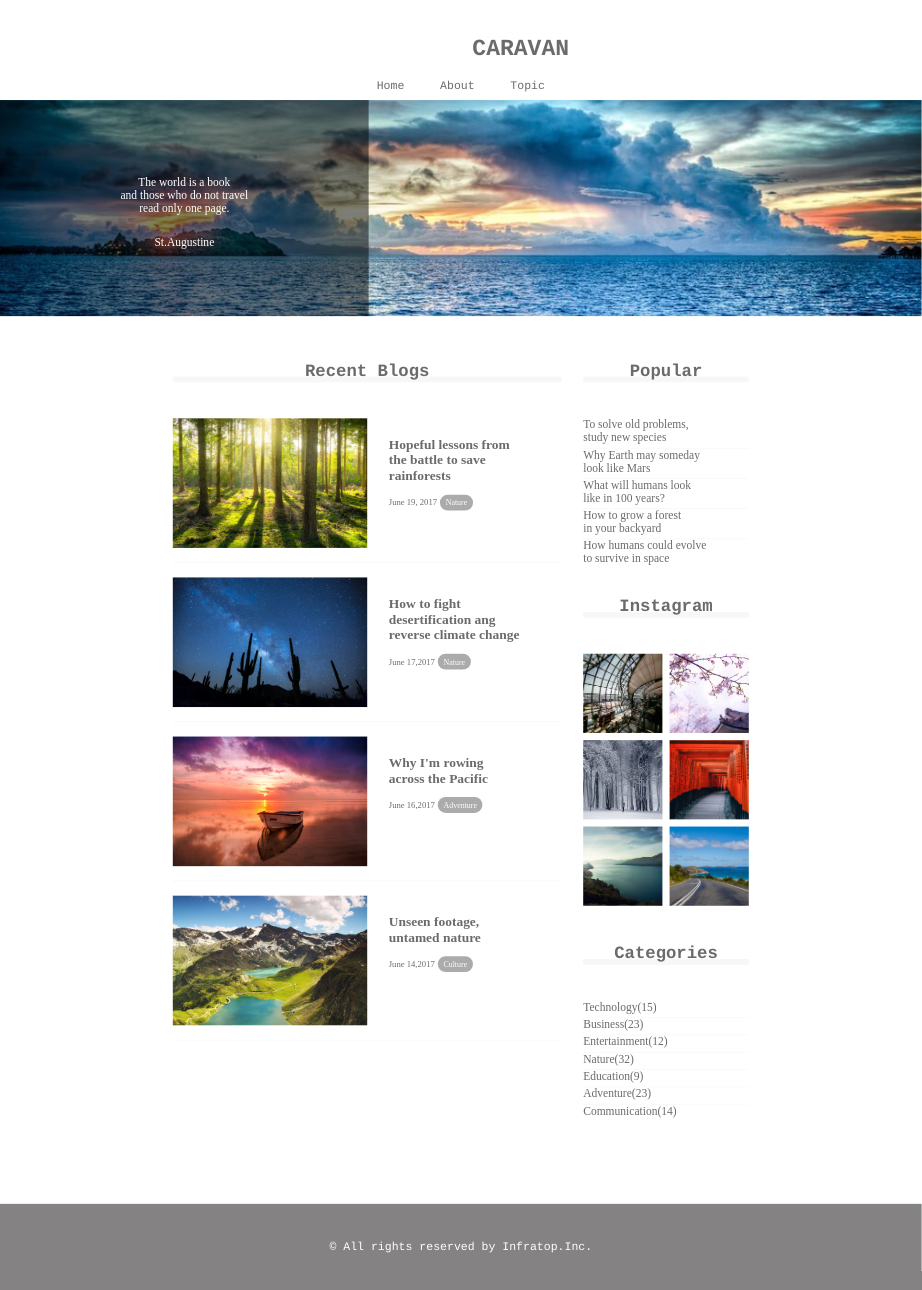
Repository: takanauti/task
Page: caravan/index.html
The author's editor kept a record of every edit. The page is drawn from the files as they stood at one moment, then again after the next edit.
The browser window is 1280 px wide. The pictures show the whole page, at 72% of full size.

Above is the page before.

### caravan/index.html
<!DOCTYPE html>
<html lang="ja">
  <head>
    <meta charset="UTF-8" />
    <!-- CSSファイルの読み込み -->
    <link rel="stylesheet" href="style.css" />
    <title>CARAVAN</title>
  </head>

  <body>
    <!--header-->
    <header>


　　 <h1 class="heading">
　　   <a href="index.html">
　　  CARAVAN
　　  </a>
　　 </h1>
    </header>

    <nav>
     <ul class="nav-list">
       <li class="nav-list-item">
         <a href="index.html">Home</a>
       </li>
       <li class="nav-list-item">About</li>
       <li class="nav-list-item">Topic</li>
     </ul>
    </nav>


        <!-- main-visual用のdiv -->
    <div class="main-visual">
    <div class="main-visual-content">
      <p class="main-visual-text">
        The world is a book<br />
        and those who do not travel<br />
        read only one page.
      </p>
      <p class="main-visual-name">
        St.Augustine
      </p>
    </div>

    </div>

      <!-- main用のdiv -->
   <main>
      <section class="blog">
        <h2 class="blog-heading">Recent Blogs</h2>
        <div class="blog-box">
        <div class="blog-item">
          <img class="blog-image" src="img/forest.jpg"/>
          <section class="blog-text">
            <h3 class="blog-text-heading">
              <a href="single.html">
                Hopeful lessons from<br>
                the battle to save<br>
                rainforests
              </a>
            </h3>
            <p class="blog-date">June 19, 2017</p>
            <span class="category">Nature</span>
          </section>
        </div>
        <div class="blog-item">
        <img class="blog-image" src="img/desert.jpg"/>
        <section class="blog-text">
        <h3 class="blog-text-heading">
        <a href="single.html">
          How to fight <br>
          desertification ang <br>
          reverse climate change
        </a>
        </h3>
        <p class="blog-date">June 17,2017</p>
        <span class="category">Nature</span>
        </section>
        </div>

        <div class="blog-item">
        <img class="blog-image" src="img/sunset.jpg"/>
        <section class="blog-text">
         <h3 class="blog-text-heading">
          <a href="single.html">
            Why I'm rowing <br>
            across the Pacific
          </a>
         </h3>
         <p class="blog-date">June 16,2017</p>
        <span class="category">Adventure</span>
        </section>
        </div>
        <div class="blog-item">
          <img class="blog-image" src="img/italy.jpg"/>
          <section class="blog-text">
          <h3 class="blog-text-heading">
          <a href="single.html">
           Unseen footage,<br>
           untamed nature
          </a>
          </h3>
          <p class="blog-date">June 14,2017</p>
          <span class="category">Culture</span>
          </section>
        </div>
        </div>
        </section>
      <div class="sidebar">
        <section class="popular">
        <h2 class="popular-heading common-heading">Popular</h2>
        <div class="sidebar-contents">
        <p class="popular-text">To solve old problems,<br>study new species</p>
        <p class="popular-text">Why Earth may someday<br>look like Mars</p>
            <p class="popular-text">What will humans look<br>like in 100 years?</p>
            <p class="popular-text">How to grow a forest<br>in your backyard</p>
            <p class="popular-text">How humans could evolve<br>to survive in space</p>
        </div>
        </section>

        <section class="instagram">
        <h2 class="instagram-heading common-heading">Instagram</h2>
        <div class="sidebar-contents">
        <div class="instagram-box"></div>
        <div class="instagram-box"></div>
        <div class="instagram-box"></div>
        <div class="instagram-box"></div>
        <div class="instagram-box"></div>
        <div class="instagram-box"></div>
        </div>
        </section>
        <section class="categories">
        <h2 class="categories-heading common-heading">Categories</h2>
        <div class="sidebar-contents">
          <p class="categories-text">Technology(15)</p>
          <p class="categories-text">Business(23)</p>
          <p class="categories-text">Entertainment(12)</p>
          <p class="categories-text">Nature(32)</p>
          <p class="categories-text">Education(9)</p>
          <p class="categories-text">Adventure(23)</p>
          <p class="categories-text">Communication(14)</p>
        </div>
        </section>
      </div>
    </main>



    <!--footer-->
    <footer>
    <p class="footer-text">© All rights reserved by Infratop.Inc.</p>
    </footer>

    </body>
</html>

### caravan/style.css
/* ブラウザがそれぞれ持っているCSSをリセットするための記述 */
* {
  margin: 0;
  padding: 0;
  box-sizing: border-box;
  color: #6c6b6b;
}

a {
  text-decoration: none;
}

header,nav,h2,main-visual,footer{
  font-family: Chalkduster,"Bradley Hand",Courier,"Segoe Print",sans-serif;
}

header {
  width: 90%; /* 横幅90% */
  padding: 15px 0;
  margin: 0 auto;
  text-align: center;
  position: relative;
}

.social {
  position: absolute; /* headerの左上を基準に絶対位置で指定する */
  top: 22px; /* headerの左上から22px下側へ移動する */
  right: 22px; /* headerの右上から22px左側へ移動する */
}

.social i {
  display: inline-block;
  margin-left: 20px;
}

header .heading {
  /* headerタグ内のheadingクラスにのみ反映される */
  font-size: 32px;
}

.nav-list {
  text-align: center;
  padding: 10px 0;
  margin: 0 auto;
}

.nav-list-item {
  list-style: none;
  display: inline-block;
  margin: 0 20px;
}

.main-visual {
  width: 100%; /* 横幅いっぱい */
  height: 300px; /* 高さ300px */
  background-image: url(img/mv.jpg);
  background-size: cover; /* 縦横比を維持したまま背景領域を埋め尽くす */
  background-position: center; /* 背景画像を中央に配置 */
}

.main-visual-content {
  width: 40%; /* 横幅40% */
  height: 300px; /* 親の高さに揃える */
  background-color: rgba(0, 0, 0, 0.5); /* 背景色を半透明の黒にする */
  text-align: center; /* 文字を中央揃えにする */
  padding-top: 105px; /* 上側の内側余白で垂直方向の位置を調整 */
}

.main-visual-text {
  color: #fff; /* 文字色を白に変更 */
}

.main-visual-name {
  margin-top: 30px; /* 上側の外側の余白 */
  color: #fff; /* 文字色を白に変更 */
}

main{
  width:800px;
  display: flex;
  justify-content:center;
  margin:0 auto;
  padding:70px 0;
}

.blog {
  width:540px;
  margin-right: 30px;
}

.blog-heading{
  border-bottom: 8px solid#f7f7f7;
  text-align: center;
  line-height: 0.6;
}

.blog-box{
  padding-top: 50px;
}

.blog-item{
  padding-bottom: 20px;
  margin-bottom: 20px;
  border-bottom: 1px solid #f7f7f7;
  display: flex;
  justify-content:flex-start;
}

.blog-image{
  height: 180px;
}

.blog-text{
  padding: 25px 0 0 30px;
}

.blog-text-heading{
  padding-bottom: 15px;
}

.blog-date{
  font-size: 12px;
  display: inline-block;
}

.category{
  display: inline-block;
  padding: 5px 8px;
  background-color: #acabab;
  border-radius: 30px;
  color:#fff;
  font-size:11px;
}

.pagination {
  text-align: center;
  padding-top: 50px;
}

.pagination p {
  display: inline-block;
  width: 30px;
  height: 30px;
  margin: 0 5px;
  color: #fff;
  background-color: #acabab;
  border-radius: 3px;
  line-height: 30px;
}
.sidebar {
  width: 230px;
}

.common-heading{
  border-bottom: 8px solid #f7f7f7;
  text-align: center;
  line-height: 0.6;
}

.sidebar-contents{
  padding: 50px 0;
}

.popular-text,
.categories-text{
 padding-bottom: 5px;
 border-bottom: 1px solid #f7f7f7;
 maegin-bottom:5px;
}

.popular-text:last-child,
.categories-text:last-child {
  margin: 0;
  padding: 0;
  border: none;
}

.instagram .sidebar-contents {
  display: flex;
  flex-wrap: wrap;
}

.instagram-box {
  width: 110px;
  padding-top: 110px;
  background-size: cover;
  background-position: center;
  margin-bottom: 10px;
}

.instagram-box:nth-child(odd) {
  margin: 0 10px 10px 0;
}

.instagram-box:nth-child(1) {
  background-image: url(img/airport.jpg);
}

.instagram-box:nth-child(2) {
  background-image: url(img/japan.jpg);
}

.instagram-box:nth-child(3) {
  background-image: url(img/snow.jpg);
}

.instagram-box:nth-child(4) {
  background-image: url(img/japan2.jpg);
}

.instagram-box:nth-child(5) {
  background-image: url(img/lake.jpg);
}

.instagram-box:nth-child(6) {
  background-image: url(img/road.jpg);
}

footer {
  width: 100%;
  height: 120px;
  text-align: center;
  line-height: 120px;
  background-color: #848282;
}

.footer-text {
  color: #fff;
}

After the next edit:
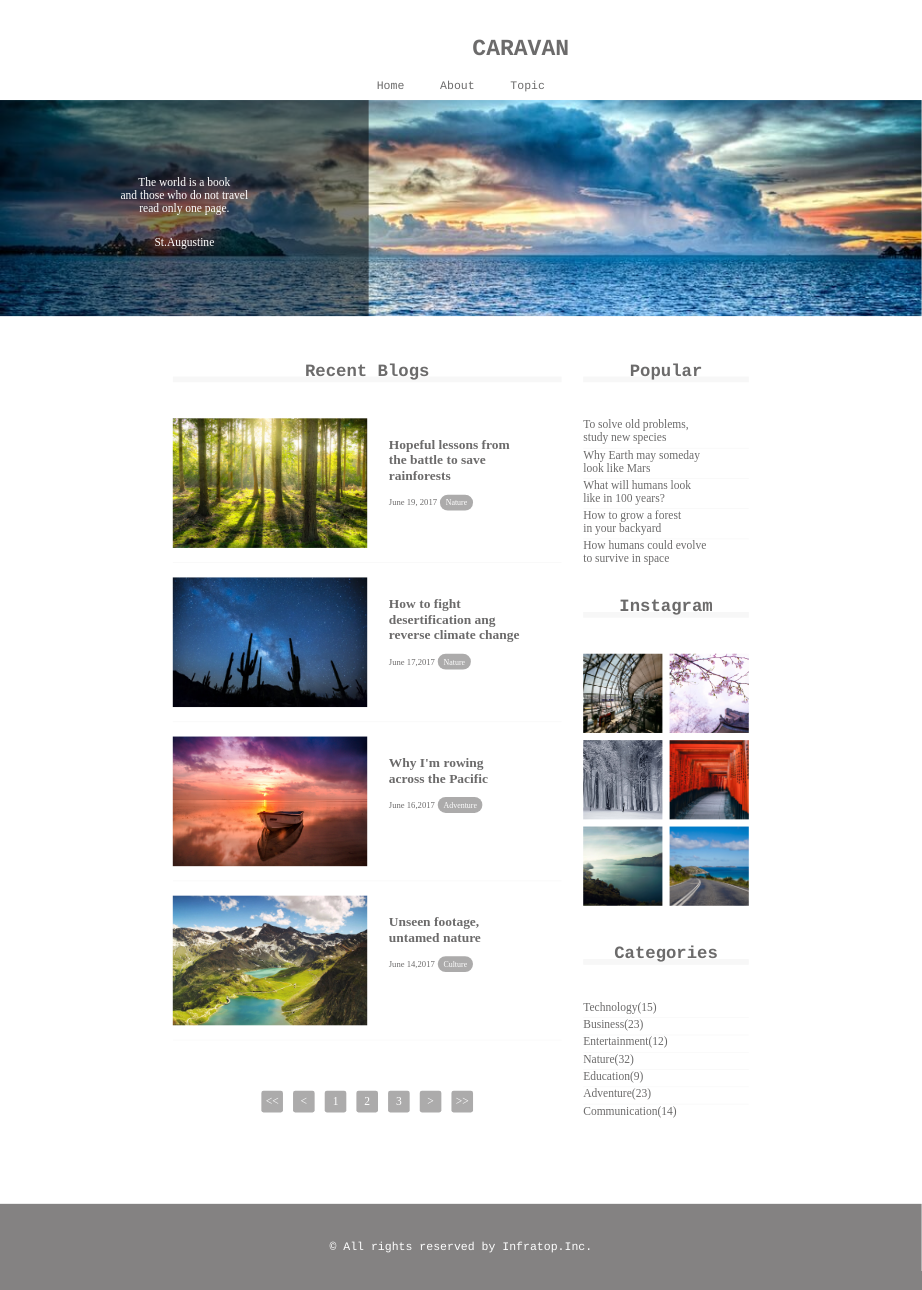
The edit:
--- a/caravan/index.html
+++ b/caravan/index.html
@@ -106,6 +106,16 @@
           </section>
         </div>
         </div>
+
+           <div class="pagination">
+          <p><<</p>
+          <p><</p>
+          <p>1</p>
+          <p>2</p>
+          <p>3</p>
+          <p>></p>
+          <p>>></p>
+        </div>
         </section>
       <div class="sidebar">
         <section class="popular">
